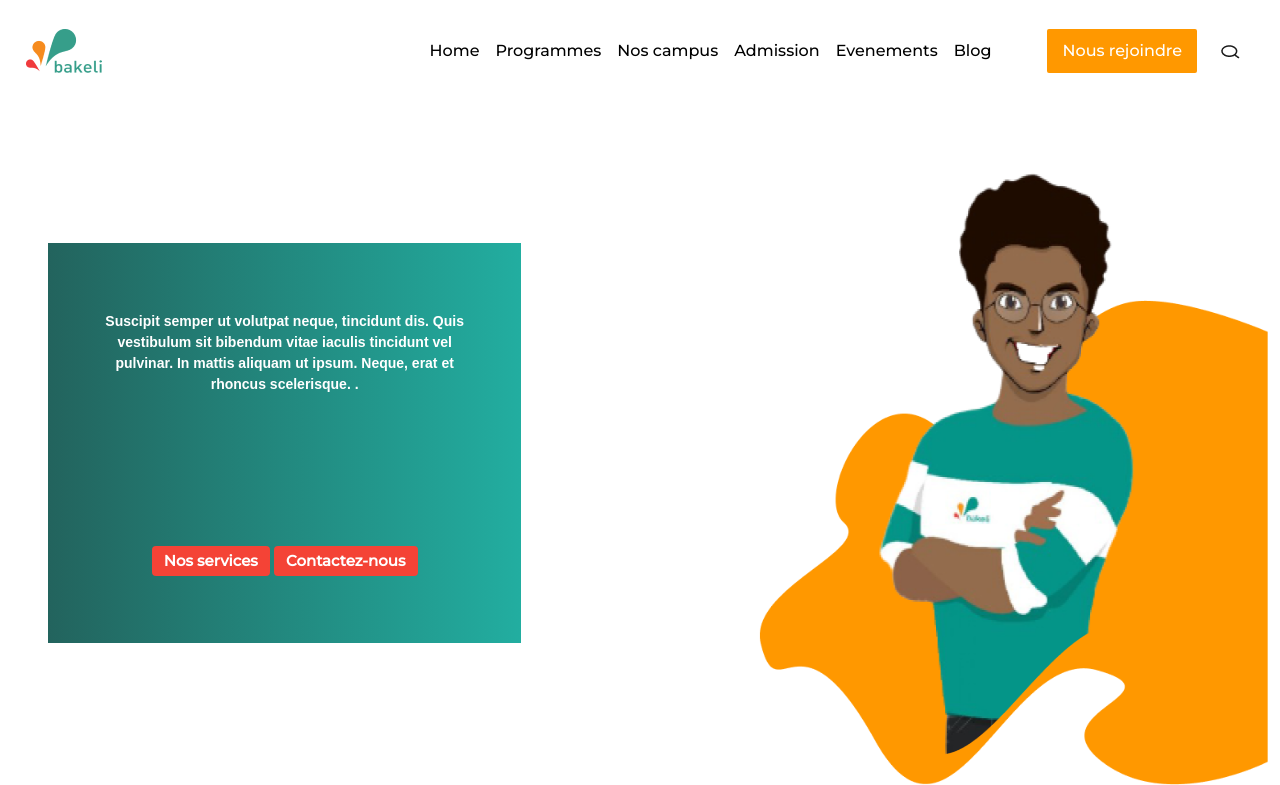
Repository: wadelfadill/tache_6_validation_prototype_bootstrap
Page: index.html
The author's editor kept a copy of each file at every save. The page is drawn from the files as they stood at one save, then again after the next save.
The browser window is 1280 px wide. The pictures show the whole page.
Some web libraries are served in a nearby version.

Above is the page before, as saved 2023-04-24 12:42:24.

After the next save:
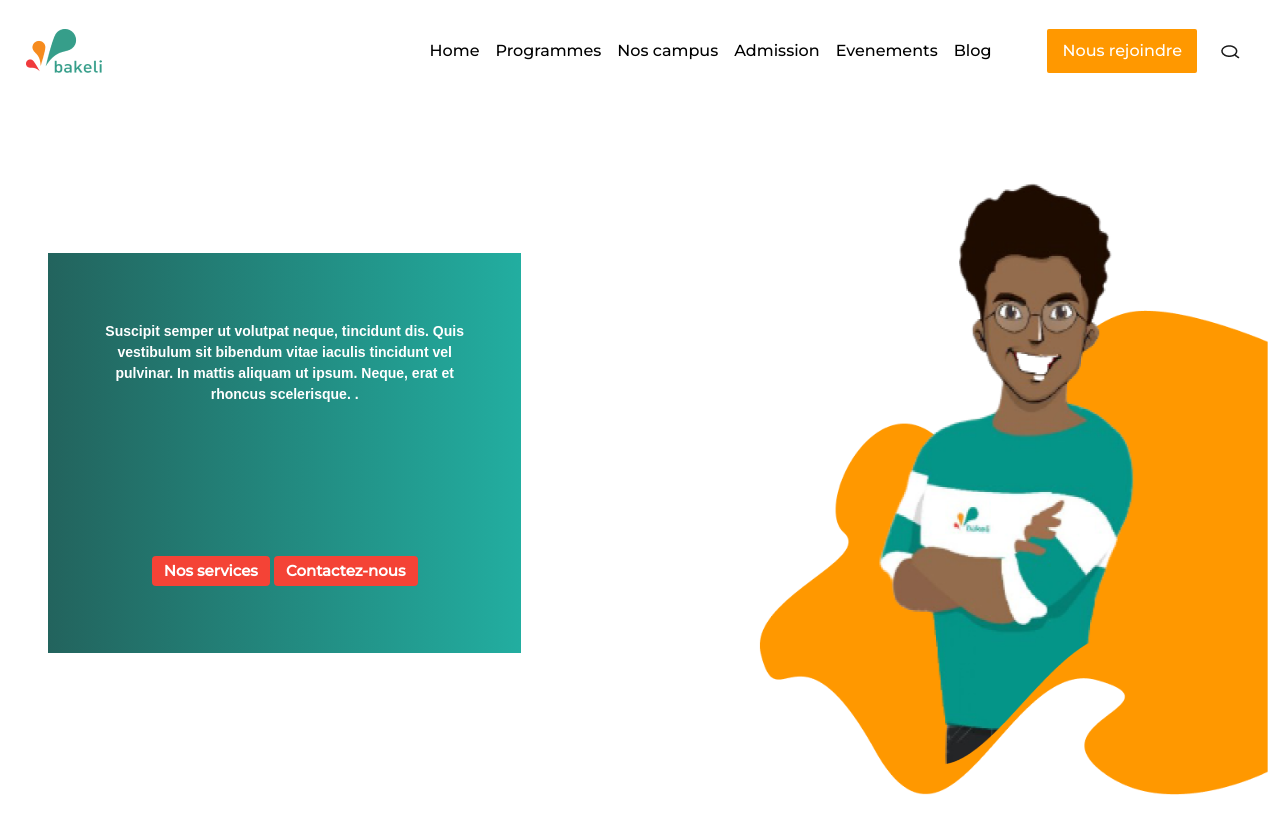
Saved 5 min 49 s later.
--- a/style.css
+++ b/style.css
@@ -61,6 +61,10 @@
 }
 
 /* =========== home section =========== */
+#home{
+    margin-top: 10px;
+    margin-bottom: 40px;
+}
 .space-vert{
     width: 100%;
     height: 400px;
